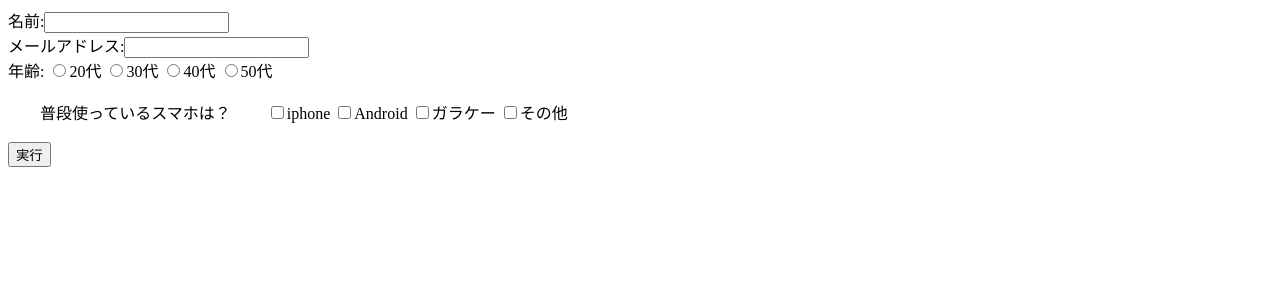
Repository: takahiro-djk/Samurai_JS
Page: samurai_js/index.html
The author's editor kept a record of every edit. The page is drawn from the files as they stood at one moment, then again after the next edit.
The browser window is 1280 px wide. The pictures show the whole page.

Above is the page before.

After the next edit:
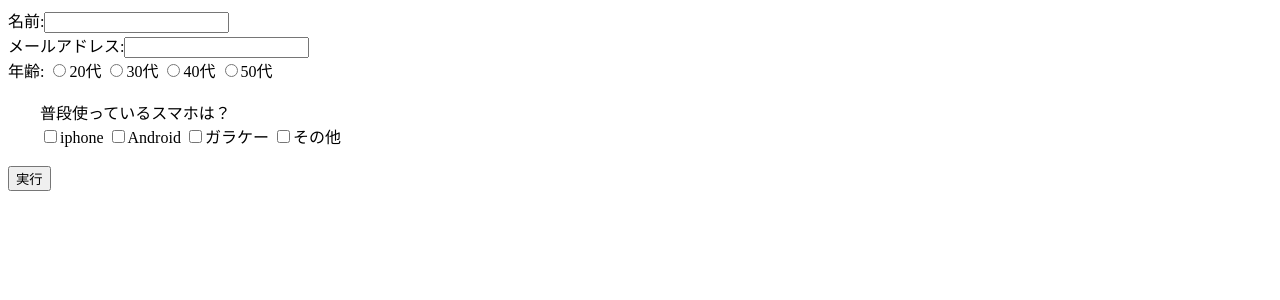
The edit:
--- a/samurai_js/index.html
+++ b/samurai_js/index.html
@@ -26,7 +26,7 @@
 
           <br><br>
 
-      　　<label>普段使っているスマホは？</label>
+      　　<label>普段使っているスマホは？</label><br>
       　　<input type="checkbox" name="os" value="iphone" />iphone
           <input type="checkbox" name="os" value="Android" />Android
           <input type="checkbox" name="os" value="flip-phone" />ガラケー
